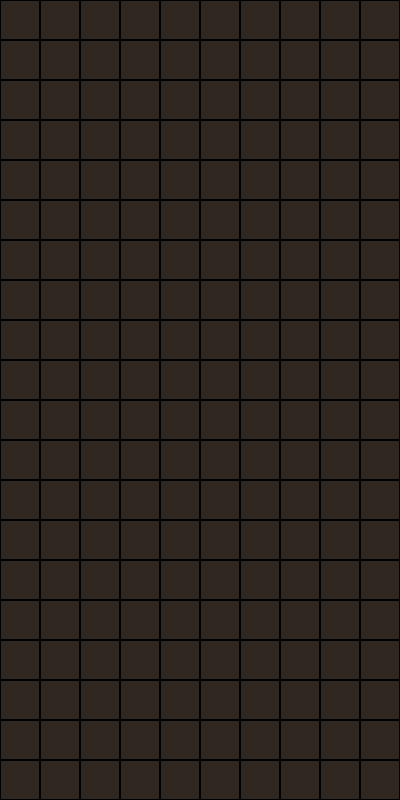
Repository: lucacdev/Tetris
Script's output: python main.py
An editor plug-in stored every save of this project. The script's output is shown before and after the next save, followed by the edit.
The window is shown after at most 60 frames with no key pressed. Random numbers start from a fixed seed.

Above is the script's output before, as saved 2024-02-29 18:11:14.

### main.py
from settings import *
from tetris import Tetris
import sys

class App:
    def __init__(self):
        pg.init()
        pg.display.set_caption('Tetris')
        self.screen = pg.display.set_mode(FIELD_RES)
        self.clock = pg.time.Clock()
        self.tetris = Tetris(self)

    def update(self):
        self.tetris.update()
        self.clock.tick(FPS)

    def draw(self):
        self.screen.fill(color=FIELD_COLOUR)
        self.tetris.draw()
        pg.display.flip()

    def check_events(self):
        for event in pg.event.get():
            if event.type == pg.QUIT or (event.type == pg.KEYDOWN and event.key == pg.KEY_ESCAPE):
                pg.quit()
                sys.exit()

    def run(self):
        while True:
            self.check_events()
            self.update()
            self.draw()

if __name__ == '__main__':
    app = App()
    app.run()

### settings.py
import pygame as pg

FPS = 60
FIELD_COLOUR = (48, 39, 32)

TILE_SIZE = 40
FIELD_SIZE = FIELD_W, FIELD_H = 10, 20
FIELD_RES = FIELD_W * TILE_SIZE, FIELD_H * TILE_SIZE

### tetris.py
from settings import *
import math

class Tetris:
    def __init__(self, app):
        self.app = app

    def draw_grid(self):
        for x in range (FIELD_W):
            for y in range (FIELD_H):
                pg.draw.rect(self.app.screen, 'black',
                             (x * TILE_SIZE, y * TILE_SIZE, TILE_SIZE, TILE_SIZE), 1)

    def update(self):
        pass

    def draw(self):
        self.draw_grid()

After the next save:
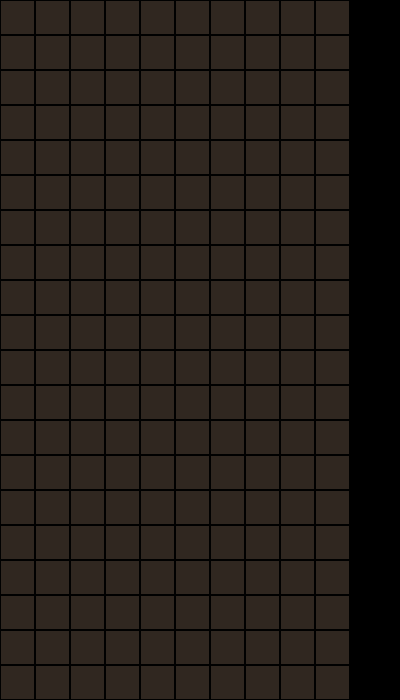
Saved 17 s later.
--- a/settings.py
+++ b/settings.py
@@ -3,6 +3,6 @@
 FPS = 60
 FIELD_COLOUR = (48, 39, 32)
 
-TILE_SIZE = 40
+TILE_SIZE = 35
 FIELD_SIZE = FIELD_W, FIELD_H = 10, 20
 FIELD_RES = FIELD_W * TILE_SIZE, FIELD_H * TILE_SIZE
